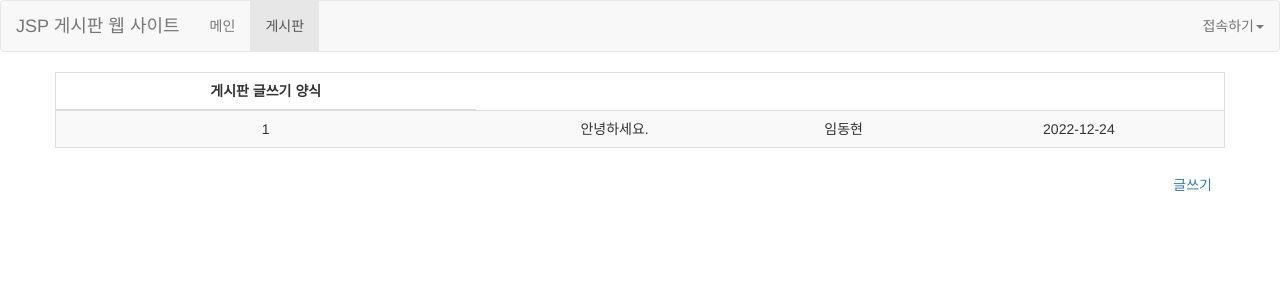
Repository: ehdgus0221/JAVA
Page: http://localhost/BBS/write.jsp
The author's editor kept a copy of each file at every save. The page is drawn from the files as they stood at one save, then again after the next save.
The browser window is 1280 px wide. The pictures show the whole page.
Some web libraries are served in a nearby version. The page is served by Tomcat 9. Other server files are loaded and not shown.

Above is the page before, as saved 2022-12-24 05:49:09.

### Board-Basic/projects/BBS/src/main/webapp/write.jsp
<!-- 가장 많이 쓰이는 인코딩 UTF-8로 바꾸기, 한글,영어 둘다 지원 -->
<%@ page language="java" contentType="text/html; charset=UTF-8"
    pageEncoding="UTF-8"%>
 <%@ page import="java.io.PrintWriter" %>
<!DOCTYPE html>
<html>
<head>
<meta charset="UTF-8">
<!-- 반응형 웹에서 사용되는 meta 태그 사용 -->
<meta name="viewport" content="width=device-width", initial-scale="1">
<link rel="stylesheet" href="css/bootstrap.css">
<title>JSP 게시판 웹 사이트</title>
</head>
<body>
	<%
	//로그인을 한 사람은 userID변수에 값이 들어간다.
		String userID = null;
	if (session.getAttribute("userID") != null){
		userID=(String)session.getAttribute("userID");
	}
	%>

	<nav class="navbar navbar-default">
		<div class="navbar-header">
			<button type="button" class="navbar-toggle collapsed"
				data-toggle="collapse" data-target="#bs-example-navbar-collapse-1"
				aria-expanded="false">
				<span class="icon-bar"></span>
				<span class="icon-bar"></span>
				<span class="icon-bar"></span>
			</button>
			<a class="navbar-brand" href="main.jsp">JSP 게시판 웹 사이트</a>
		</div>
		<div class="collapse navbar-collapse" id="bs-example-navbar-collapse-1">
			<ul class="nav navbar-nav">
				<li><a href="main.jsp">메인</a></li>
				<li class="active"><a href="bbs.jsp">게시판</a></li>
			</ul>
			<%
				if(userID == null) {
			%>
			<ul class="nav navbar-nav navbar-right">
				<li class="dropdown">
				<a href="#" class="dropdown-toggle"
					data-toggle="dropdown" role="button" aria-haspopup="true"
					aria-expanded="false">접속하기<span class="caret"></span></a>
					<ul class="dropdown-menu">
						<li><a href="login.jsp">로그인</a></li>
						<li><a href="join.jsp">회원가입</a></li>
					</ul>
				</li>
			</ul>
			<%
				} else{
			%>
			<ul class="nav navbar-nav navbar-right">
				<li class="dropdown">
				<a href="#" class="dropdown-toggle"
					data-toggle="dropdown" role="button" aria-haspopup="true"
					aria-expanded="false">회원가입<span class="caret"></span></a>
					<ul class="dropdown-menu">
						<li><a href="logoutAction.jsp">로그아웃</a></li>
					</ul>
				</li>
			</ul>

			<%
				}
			%>

		</div>
	</nav>
	<div class="container">
		<div class="row">
			<table class="table table-striped" style="text-align:center; border: 1px solid #dddddd">
				<thead>
					<tr>
						<th style="backgroud-color: #eeeeee; text-align:center;">게시판 글쓰기 양식</th>
				</thead>
				<tbody>
					<tr>
						<td>1</td>
						<td>안녕하세요.</td>
						<td>임동현</td>
						<td>2022-12-24</td>
					</tr>
				</tbody>
			</table>
			<a href="write.jsp" class="btn btn:primary pull-right">글쓰기</a>
		</div>
	</div>
	<!-- 애니메이션 기능으로 script 태그 사용 -->
	<script src="https://code.jquery.com/jquery-3.1.1.min.js"></script>
	<script src="js/bootstrap.js"></script>
</body>
</html>

Loaded but not shown: Board-Basic/projects/BBS/src/main/webapp/css/bootstrap.css (library); Board-Basic/projects/BBS/src/main/webapp/js/bootstrap.js (library)

After the next save:
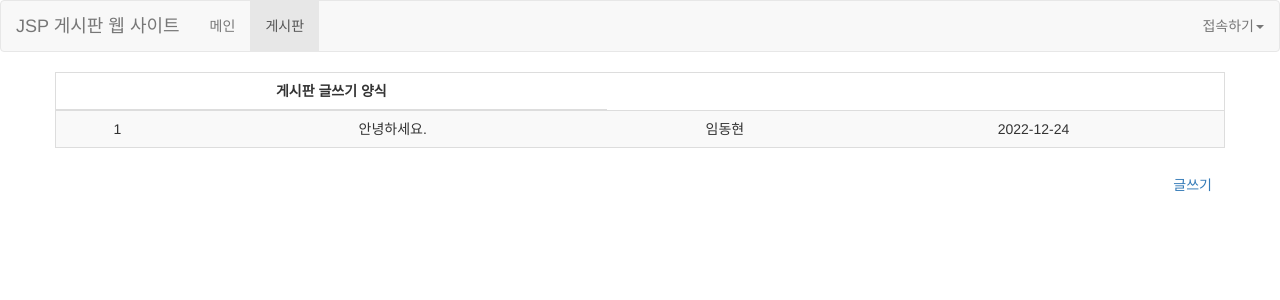
Saved 20 s later.
--- a/Board-Basic/projects/BBS/src/main/webapp/write.jsp
+++ b/Board-Basic/projects/BBS/src/main/webapp/write.jsp
@@ -75,7 +75,7 @@
 			<table class="table table-striped" style="text-align:center; border: 1px solid #dddddd">
 				<thead>
 					<tr>
-						<th style="backgroud-color: #eeeeee; text-align:center;">게시판 글쓰기 양식</th>
+						<th colspan="2" style="backgroud-color: #eeeeee; text-align:center;">게시판 글쓰기 양식</th>
 				</thead>
 				<tbody>
 					<tr>
